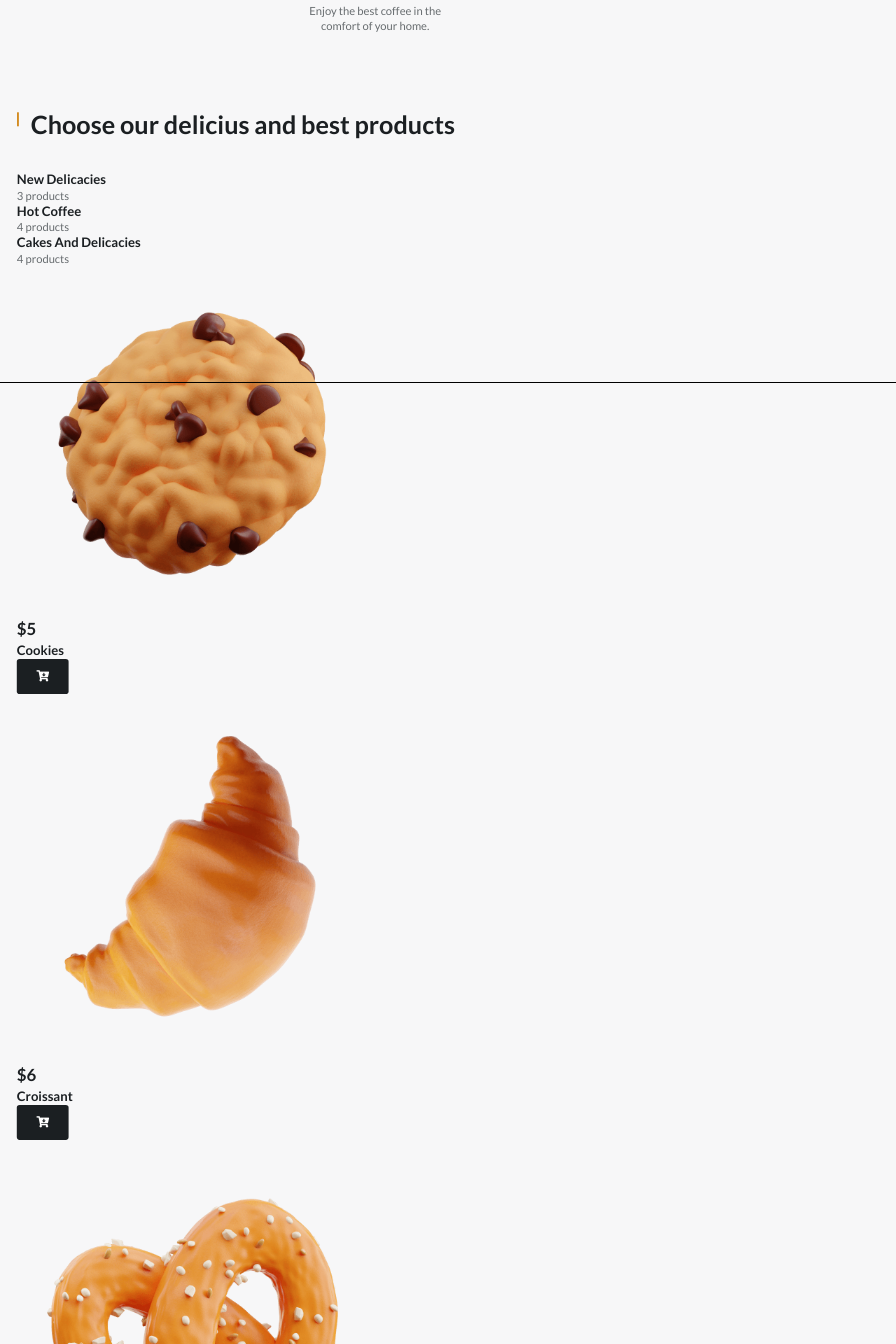
Repository: Nguyenductuan-dev/Website-coffee
Page: index.html
An editor plug-in stored every save of this project. The page is shown before and after the next save, followed by the edit.
The browser window is 1280 px wide. The pictures show the part of the page from y = 2358 to 4278 px (the page is 9864 px tall before and 9915 px after), at 70% of full size.

Above is the page before, as saved 2022-04-16 14:34:46.

After the next save:
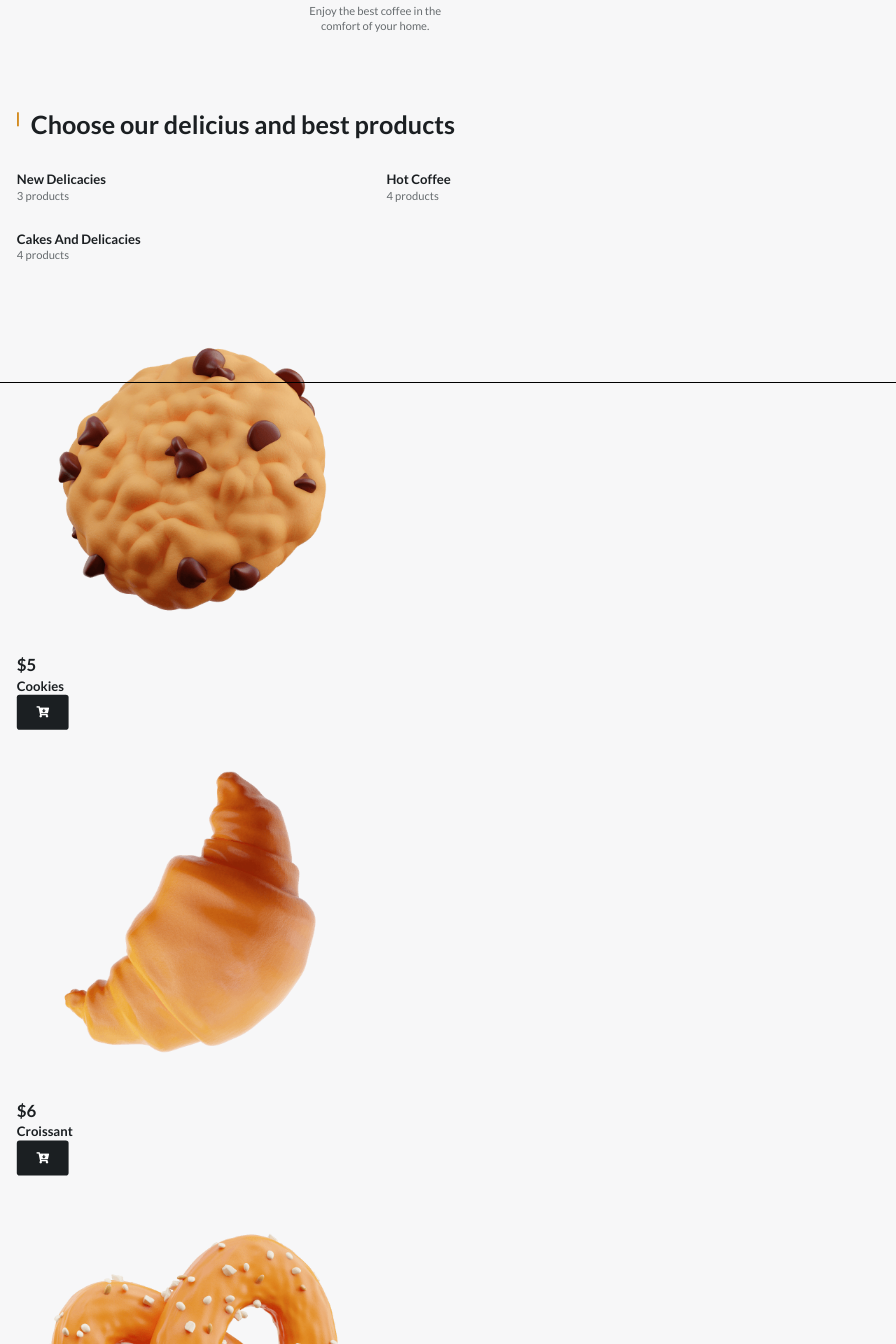
Saved 41 s later.
--- a/assets/css/style.css
+++ b/assets/css/style.css
@@ -304,7 +304,7 @@ button {
 }
 
 /* =========== PRODUCTS ============ */
-.products__filter {
+.products__filters {
     display: grid;
     grid-template-columns: repeat(2, 1fr);
     gap: 2.5rem 2rem;
